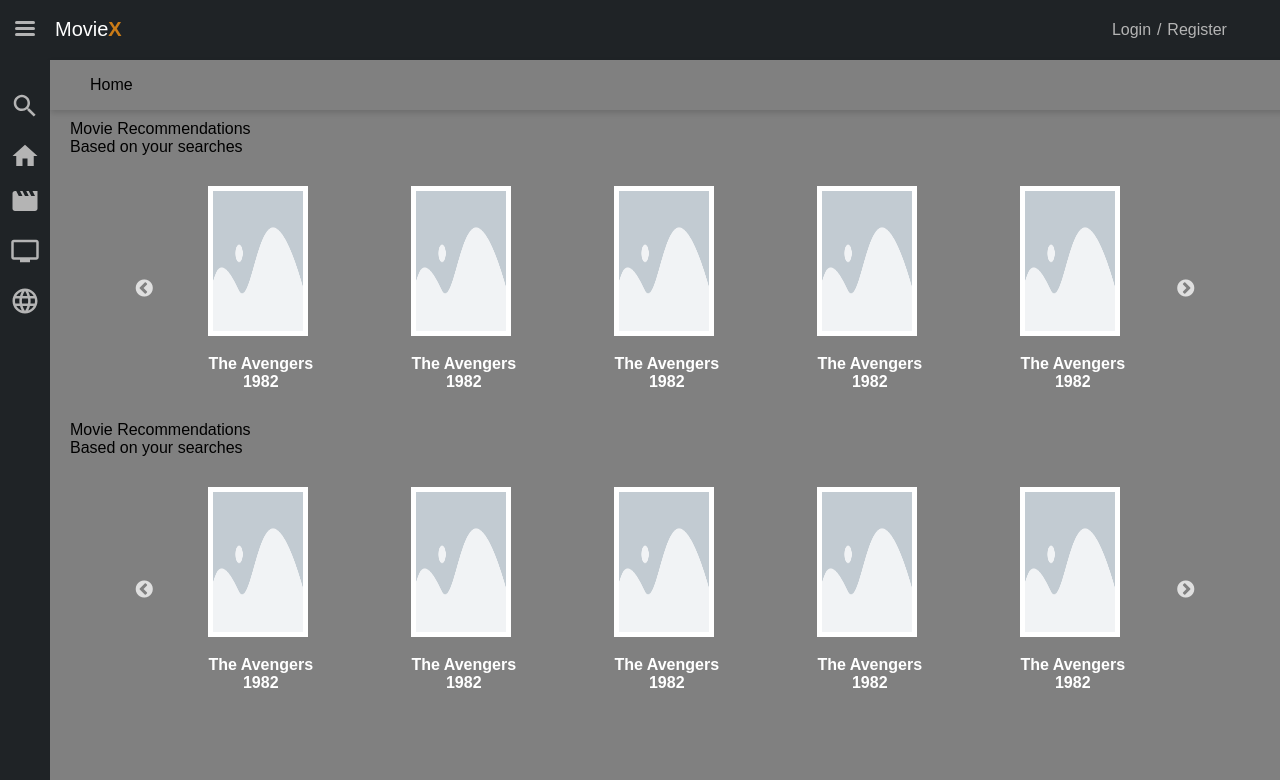
Repository: Amad-Mlinka/MovieTVBrowserNext
Page: /
An editor plug-in stored every save of this project. The page is shown before and after the next save, followed by the edit.
The browser window is 1280 px wide. The pictures show the whole page.
The project was rebuilt for these pictures with package versions that can differ from the ones it lists, and the page was loaded fresh each time. The framework's server and built-in components were replaced by stand-ins that run in the browser. Also part of the build but not shown: next.config.js.

Above is the page before, as saved 2021-08-07 20:44:35.

### pages/_app.js
import Layout from '../components/layout/Layout'
import '../styles/globals.scss'


function MyApp({ Component, pageProps }) {
  return (
    <Layout>
      <Component {...pageProps} />
    </Layout>


  )
}

export default MyApp

### components/layout/Layout.tsx
import React, { useState } from 'react'
import Nav from '../nav/Nav'
import layoutStyles from "../../styles/Layout.module.scss"

const Layout = ({children}) => {
    const [sidebarOpen, setsidebarOpen] = useState(false)
    const [sidebarLock, setSidebarLock] = useState(false);
    const sidebarToggle = () => {
        setsidebarOpen(!sidebarOpen);
    }
    const sidebarLockToggle = () => {
        setSidebarLock(!sidebarLock);
    }
    return (
        <>
        <Nav sidebarOpen={sidebarOpen} setSidebarOpen={sidebarToggle} sidebarLock={sidebarLock} setSidebarLock={sidebarLockToggle}/>
        <main className={`${layoutStyles.main} ${sidebarOpen ? layoutStyles.hamburgerOpen : layoutStyles.hamburgerClose}`}>
            {children}
        </main>
        </>

    )
}

export default Layout

### styles/globals.scss
html, body {
  height: 100%;
}
body {
  background: #fff;
  padding: 0;
  margin: 0;
  font-family: 'Varela Round', sans-serif;
}

a {
  color: inherit;
  text-decoration: none;
}

* {
  box-sizing: border-box;
}

### styles/Home.module.scss
@import "general.scss";

.header {
  position: relative;
  display: flex;
  flex-direction: row;
  justify-content: flex-start;
}
.heading {
  position: fixed;
  width: 100%;
  align-items: center;
  box-shadow: 0 3px 6px 0 rgb(0 0 0 / 15%);
  color: black;
  display: flex;
  flex-shrink: 0;
  font-size: 16px;
  height: 50px;
  justify-content: space-between;
  padding-left: 40px;
  padding-right: 25px;
  z-index: 1;
}
.buffer {
  height: 50px;
  width: 100%;
  margin-bottom: 10px;
}
.content {
  width: 100%;
  margin: auto;
  padding: 0px 20px 0px 20px ;

}
.mediaList {
  margin: 30px auto;
  width: 85%;
}
.media{
  margin:auto;
  background: #8C8;
  counter-increment: gallery-cell;
  &:before {
    display: block;
    text-align: center;
    content: counter(gallery-cell);
    line-height: 200px;
    font-size: 80px;
    color: white;
  }
}

### components/mediaList/MediaList.tsx
import Head from 'next/head'

import homeStyles from '../../styles/Home.module.scss'
import Media from "./Media"

import "slick-carousel/slick/slick.css";
import "slick-carousel/slick/slick-theme.css";

import Slider from "react-slick";




const MediaList = () => {
    var settings = {
        dots: false,
        infinite: true,
        speed: 500,
        slidesToShow: 5,
        slidesToScroll: 1,
        responsive: [
            {
                breakpoint: 1024,
                settings: {
                    slidesToShow: 3,
                    slidesToScroll: 3,
                    infinite: true,
                    dots: true
                }
            },
            {
                breakpoint: 600,
                settings: {
                    slidesToShow: 2,
                    slidesToScroll: 2
                }
            },
            {
                breakpoint: 480,
                settings: {
                    slidesToShow: 1,
                    slidesToScroll: 1
                }
            }
            // You can unslick at a given breakpoint now by adding:
            // settings: "unslick"
            // instead of a settings object
        ]
    };
    return (
        <>
            <div className={homeStyles.mediaList}>
                <Slider {...settings}>
                    <Media className={homeStyles.mediaItem} rating={3} title={"The Avengers"} year={"1982"} />
                    <Media className={homeStyles.mediaItem} rating={3} title={"The Avengers"} year={"1982"} />
                    <Media className={homeStyles.mediaItem} rating={3} title={"The Avengers"} year={"1982"} />
                    <Media className={homeStyles.mediaItem} rating={3} title={"The Avengers"} year={"1982"} />
                    <Media className={homeStyles.mediaItem} rating={3} title={"The Avengers"} year={"1982"} />
                    <Media className={homeStyles.mediaItem} rating={3} title={"The Avengers"} year={"1982"} />
                    <Media className={homeStyles.mediaItem} rating={3} title={"The Avengers"} year={"1982"} />
                    <Media className={homeStyles.mediaItem} rating={3} title={"The Avengers"} year={"1982"} />
                    <Media className={homeStyles.mediaItem} rating={3} title={"The Avengers"} year={"1982"} />
                    <Media className={homeStyles.mediaItem} rating={3} title={"The Avengers"} year={"1982"} />
                    <Media className={homeStyles.mediaItem} rating={3} title={"The Avengers"} year={"1982"} />
                    <Media className={homeStyles.mediaItem} rating={3} title={"The Avengers"} year={"1982"} />
                    <Media className={homeStyles.mediaItem} rating={3} title={"The Avengers"} year={"1982"} />
                    <Media className={homeStyles.mediaItem} rating={3} title={"The Avengers"} year={"1982"} />
                </Slider>

            </div>
        </>

    )
}

export default MediaList

### components/nav/Nav.tsx
import React from 'react'
import Sidebar from '../sidebar/Sidebar'
import Navbar from '../navbar/Navbar';


const Nav = (props) => {

    return (
        <>
            <Navbar  sidebarOpen={props.sidebarOpen} setSidebarOpen={props.setSidebarOpen} sidebarLock={props.sidebarLock} setSidebarLock={props.setSidebarLock}/>
            <Sidebar sidebarOpen={props.sidebarOpen} setSidebarOpen={props.setSidebarOpen} sidebarLock={props.sidebarLock}/>
        </>
    )
}

export default Nav

### styles/Layout.module.scss
@import "general.scss";

.main{
    position: absolute;
    top: 60px;
    transition: all .5s ease;
    width: 100%;
    height: 100%;
    background: gray;
    overflow: auto;

}

.hamburgerClose{
    padding-left: 50px;
    transition: all .5s ease;
}

.hamburgerOpen{
    padding-left: 250px;
}

### styles/general.scss
@import "variables.scss";
.dNone{
    display: none !important;
}
.dBlock{
    display: block !important;
}

### styles/variables.scss
$base-color:#1f2326;
$secondary-color:#cb7c17;
$tertiary-color:#b4b4b4;

@mixin breakpoint($point) {
    @if $point == min-desktop {
      @media (min-width: 993px) { @content ; }
   }
    @else if $point == min-laptop {
      @media (min-width: 769px) { @content ; }
   }
     @else if $point == min-tablet {
      @media (min-width: 361px) { @content ; }
   }
   @else if $point == min-mobile {
      @media (min-width: 0px)  { @content ; }

   }@else if $point == max-desktop {
      @media (max-width: 1200px) { @content ; }

   }@else if $point == max-laptop {
      @media (max-width: 992px) { @content ; }
   }
     @else if $point == max-tablet {
      @media (max-width: 768px) { @content ; }
   }
   @else if $point == max-mobile {
      @media (max-width: 360px)  { @content ; }

   }
 }

### components/mediaList/Media.tsx
import React from 'react'

import mediaStyles from "../../styles/Media.module.scss"
import placeholder from "../../public/placeholder.png"
import { Button, Rating } from '@material-ui/core'
import Image from 'next/image'

const Media = (props) => {
    return (
        <>
            <div className={mediaStyles.media}>
              <div className={mediaStyles.mediaContainer}>
                <div className={mediaStyles.mediaImageContainer}>
                  <Image className={mediaStyles.mediaImage} src={props.image || placeholder} height="150" width="100" />
                </div>
                <div className={mediaStyles.mediaOverlay}>
                  <div className={mediaStyles.mediaRating}>
                    <Rating value={props.rating}></Rating>
                    <span className={`${mediaStyles.mediaRatingText} ${mediaStyles.mediaOverlayItem}`}> {props.rating}/5</span>
                  </div>
                  <div className={`${mediaStyles.mediaGenre} ${mediaStyles.mediaOverlayItem}`}>
                    <span className={`${mediaStyles.mediaGenreText}`}> Drama</span>
                  </div>
                  <div className={`${mediaStyles.mediaDetails} ${mediaStyles.mediaOverlayItem}`}>
                    <Button variant="contained" color="success">
                      Details
                    </Button>
                  </div>
                </div>
              </div>
              <div className={mediaStyles.mediaInfo}>
                <div className={mediaStyles.mediaTitle}>
                  <span className={mediaStyles.mediaTitleText}> {props.title}</span>
                </div>
                <div className={mediaStyles.mediaYear}>
                  <span className={mediaStyles.mediaYearText}> {props.year}</span>
                </div>
              </div>
            </div>
        </>
    )
}

export default Media

### components/sidebar/Sidebar.tsx
/*Imports */
import React, { useState } from 'react'

/*Material components*/
import SidebarLink from "./SidebarLink"


/*Icons*/
import HomeIcon from '@material-ui/icons/Home';
import SearchIcon from '@material-ui/icons/Search';
import MovieIcon from '@material-ui/icons/Movie';
import TvIcon from '@material-ui/icons/Tv';
import LanguageIcon from '@material-ui/icons/Language';
import KeyboardArrowDownIcon from '@material-ui/icons/KeyboardArrowDown';

/*Import Plugins*/
import $ from "jquery"


/*Styles*/
import sidebarStyles from "../../styles/Sidebar.module.scss"


const Sidebar = (props) => {
    const tvDropdown = {
        History: "link",
        Recomendations: "link",
        Bla: "bla"
    }
    const movieDropdown = {
        History: "link",
        Recomendations: "link",
        Bla: "bla"

    }
    const languageDropdown = {
        English: "hi",
        Bosnian: "zdravo"
    }
    return (
        <div className={`${sidebarStyles.sidebar} ${props.sidebarOpen ? sidebarStyles.sidebarActive : ""}`}
        onMouseEnter={()=>{
            if(!props.sidebarOpen && props.sidebarLock){
                props.setSidebarOpen(!props.sidebarOpen);
            }
        }}
        onMouseLeave={() => {
            if(props.sidebarOpen && props.sidebarLock){
                props.setSidebarOpen(!props.sidebarOpen);
            }
        }}
        >

            <div className={sidebarStyles.sidebarMenu}>
                <ul className={`${sidebarStyles.sidebarList}`}>
                    <SidebarLink type="search" sidebarOpen={props.sidebarOpen} />

                    <SidebarLink type="singleLink" text="Home" icon={<HomeIcon/>} sidebarOpen={props.sidebarOpen}  />

                    <SidebarLink type="dropdown" text="Movies" icon={<MovieIcon/>} sidebarOpen={props.sidebarOpen} dropdownLinks ={movieDropdown}/>

                    <SidebarLink type="dropdown" text="TV Shows" icon={<TvIcon/>} sidebarOpen={props.sidebarOpen} dropdownLinks ={tvDropdown}/>

                    <SidebarLink type="dropdown" text="Languages" icon={<LanguageIcon/>} sidebarOpen={props.sidebarOpen} dropdownLinks ={languageDropdown}/>

                </ul>
            </div>

        </div>
    )
}

export default Sidebar

### components/navbar/Navbar.tsx
/*Imports */
import React from 'react'

/*Material components*/
import Avatar from '@material-ui/core/Avatar';

/*Icons*/

/*Import Plugins*/


/*Styles*/
import navStyles from "../../styles/Navbar.module.scss"

const Navbar = (props) => {
    return (
        <header className={navStyles.header}>
        <div className={navStyles.left}>
            <div className={navStyles.hamburgerLogo}>
                <div className={navStyles.hamburger} onClick={()=>{
                        props.setSidebarOpen(!props.sidebarOpen);
                        props.setSidebarLock(!props.sidebarLock);

                    }}>
                    <div className={`${navStyles.spinner} ${navStyles.diagonal} ${props.sidebarOpen ? navStyles.part1Active : ""}`}></div>
                    <div className={`${navStyles.spinner} ${navStyles.horizontal} ${props.sidebarOpen ? navStyles.horizontalActive : ""}`}></div>
                    <div className={`${navStyles.spinner} ${navStyles.diagonal} ${props.sidebarOpen ? navStyles.part2Active : ""}`}></div>
                </div>
                <div data-end="X" className={navStyles.logo}>
                    <span>Movie</span>
                </div>
            </div>


        </div>
        <div className={navStyles.right}>
            <div className={navStyles.profile}>
                <div className={`${navStyles.loggedIn} ${navStyles.dNone} `}>

                    <Avatar className={navStyles.avatar} alt="Amad Mlinaric"> AM </Avatar>
                </div>
                <div className={`${navStyles.notLoggedIn} `}>
                    <div className={navStyles.loginRegister}>
                        <div className={navStyles.login}>
                            <span>Login</span>
                        </div>
                        <span>/</span>
                        <div className={navStyles.register}>
                            <span>Register</span>
                        </div>
                    </div>
                </div>
            </div>
        </div>

    </header>
    )
}

export default Navbar

### styles/Media.module.scss
@import "general.scss";

.media {
    width: fit-content;
    height: fit-content;
    margin: auto;

  }

  .mediaContainer {
    position: relative;
    overflow: hidden;
    &:hover {
        cursor: pointer;
      .mediaOverlay {
        animation: fadeInUp .5s ease-in-out;
        animation-fill-mode: forwards;
      }
    }
  }
  .mediaImage{
    border: 5px solid white !important;

  }

  .mediaOverlay {
    position: absolute;
    opacity: 0;
    top: 0px;
    width: 100%;
    height: 100%;
    display: flex;
    flex-direction: column;
    justify-content: center;
    align-items: center;
  }
  .mediaOverlayItem {
    margin: 10px 0px;
  }
  .mediaRating {
    display: flex;
    flex-direction: column;
    justify-content: center;
    align-items: center;
  }
  .mediaImageContainer{
    max-height: 210px;
    margin-bottom: 15px;
  }

  .mediaInfo{
    color: white;
    display: flex;
    flex-direction: column;
    align-items: center;
    font-weight: 700;
  }

  @keyframes fadeInUp {
    from {
        transform: translate3d(0, 40px, 0);
        opacity: 0;
    }

    to {
        transform: translate3d(0, 0, 0);
        opacity: 1;
    }
  }

### components/sidebar/SidebarLink.tsx
/*Imports */
import React, { useEffect, useState } from 'react'

/*Material components*/


/*Icons*/
import HomeIcon from '@material-ui/icons/Home';
import SearchIcon from '@material-ui/icons/Search';
import MovieIcon from '@material-ui/icons/Movie';
import TvIcon from '@material-ui/icons/Tv';
import LanguageIcon from '@material-ui/icons/Language';
import KeyboardArrowDownIcon from '@material-ui/icons/KeyboardArrowDown';

/*Import Plugins*/
import $ from "jquery"


/*Styles*/
import sidebarStyles from "../../styles/Sidebar.module.scss"



const SidebarLink = (props) => {
    const types = ["search", "singleLink", "dropdown"]
    const [open, setOpen] = useState(false);
    useEffect(() => {
        setOpen(false);
    }, [props.sidebarOpen])
    return (
        <>
            {
                props.type === types[0] ?
                    <li className={`${sidebarStyles.sidebarLink} ${sidebarStyles.sidebarSearch} ${props.sidebarOpen ? sidebarStyles.sidebarSearchActive : ""}`}>
                        <div className={` ${sidebarStyles.searchContainer}`} >
                            <SearchIcon className={sidebarStyles.searchIcon} />
                            <input type="search" name="searchBar" className={`${sidebarStyles.searchBar} ${!props.sidebarOpen ? sidebarStyles.searchBarClosed : ""}`} ></input>
                        </div>
                    </li>
                    :
                    props.type === types[1] ?
                        <li className={sidebarStyles.sidebarLink}>
                            <div className={sidebarStyles.sidebarLinkMain}>
                                {props.icon}
                                <span className={`${sidebarStyles.sidebarText}  ${props.sidebarOpen ? sidebarStyles.sidebarTextActive : ""}`}>{props.text}</span>
                            </div>
                        </li>
                        :
                        <li className={sidebarStyles.sidebarLink} onClick={() => {
                            setOpen(!open)
                        }
                        }>
                            <div className={sidebarStyles.sidebarLinkMain}>
                                {props.icon}
                                <span className={`${sidebarStyles.sidebarText}  ${props.sidebarOpen ? sidebarStyles.sidebarTextActive : ""}`}>{props.text}</span>
                                <KeyboardArrowDownIcon />
                            </div>
                            <div className={`${sidebarStyles.sidebarDropdown} ${open ? sidebarStyles.open : ""}`}>
                                <ul className={`${sidebarStyles.sidebarDropdownLinks}  `}>
                                    {
                                        Object.entries(props.dropdownLinks).map(([name, link]) => (
                                            <li className={sidebarStyles.sidebarDropdownLink} key={name}>{name}</li>
                                        ))

                                    }
                                </ul>
                            </div>
                        </li>
            }
        </>


    )
}

export default SidebarLink

### styles/Sidebar.module.scss
@import "general.scss";
.sidebar {
    position: fixed;
    top: 60px;
    width: 50px;
    height: 100%;
    transition: width 0.5s;
    background: $base-color;
    display: flex;
    flex-direction: column;
    overflow: hidden;
    z-index: 2;
    //visibility: hidden;
}
.sidebarActive {
    width: 100%;
}

.sidebarList {
    list-style-type: none;
    padding: 0;
    width: 100%;

    .sidebarLink {
        height: fit-content;
        min-height: 50px;
        display: flex;
        flex-direction: column;
        position: relative;
        justify-content: center;
        padding-top: 10px;
        width: 200px;
        &:hover {
            cursor: pointer;
            background: rgba($color: $tertiary-color, $alpha: 0.1);
        }
    }
    .sidebarLinkMain {
        display: flex;
        align-items: center;

    }
    .sidebarText {
        margin-left: 20px;
        color: $tertiary-color;
        width: 100px;
        max-height: 19px;
        min-width: 79px;
        font-weight: bold;
    }
    svg {
        color: $tertiary-color;
        font-size: 30px;
        margin-left: 10px;
    }
    .dropdownIcon {
        font-size: 40px !important;
        &:hover {
            border-radius: 50%;
            border: 0px solid $tertiary-color;
            background: rgba($color: $tertiary-color, $alpha: 0.1);
        }
    }
    .sidebarDropdown {
        position: relative;
        margin-left: 10px;
        max-height: 0;
        transition: max-height 0.35s ease-out;
        overflow: hidden;
        margin-top: 10px;
        .sidebarDropdownLinks {
            list-style: none;
            .sidebarDropdownLink {
                color: $tertiary-color;
                height: 30px;
                font-size: 15px;
            }
        }
    }
    .open {
        max-height: 500px;
        transition: max-height 0.35s ease-in;
    }
}
.sidebarSearch {
    margin-left: 0;
    transition: all 0.5s;
}
.sidebarSearchActive {
    margin-left: 10px;
    width: 100% !important;
    display: flex;
    justify-content: center;
    align-items: center;
    &:hover {
        cursor: pointer;
        background: rgba($color:transparent, $alpha: 0.1) !important;
    }
}
.search {
    background: $base-color;
    width: 100%;
    display: flex;
    flex-direction: column;
    justify-content: center;
    align-items: center;
    visibility: hidden;
}
.searchActive {
    visibility: visible !important;
}
.searchContainer {
    width: 80%;
    display: flex;
    align-items: center;
}
.searchIcon {
    position: absolute;
    color: #b4b4b4;
    opacity: 100 !important;
}

.searchBar {
    width: 100%;
    background: #303437;
    border: 0;
    height: 40px;
    border-radius: 5px;
    padding-left: 45px;
    caret-color: black;
    transition: all 0.3s ease-in-out;
    visibility: visible;
    opacity: 100;
    &:focus {
        background: white;
        outline: none;
    }

}
.searchBarClosed{
    visibility: hidden;
    opacity: 0;
}

@include breakpoint(min-tablet) {
    .sidebarSearchActive {
        margin-left: 10px;
        width: 100% !important;
        display: flex;
        justify-content: flex-start;
        align-items: flex-start;
        &:hover{
            background: transparent;
        }
    }
    .sidebarActive {
        width: 250px;
    }
}

### styles/Navbar.module.scss
@import "general.scss";
//***************************Header***************************//

.header {
    display: flex;
    flex-direction: row;
    justify-content: space-between;
    width: 100%;
    background: $base-color;
    height: 60px;
    position: fixed;
    z-index: 1;
}
.left {
    display: flex;
    flex-direction: row;
    width: 50%;
    justify-content: flex-start;
    align-items: center;
    height: 100%;
}
.hamburgerLogo {
    display: flex;
    flex-direction: row;
}
.hamburger {
    box-sizing: border-box;
    cursor: pointer;
    z-index: 99;
    height: 25px;
    width: 25px;
    margin: 0px 15px;
}
.spinner {
    box-sizing: border-box;
    position: absolute;
    height: 3px;
    width: 20px;
    background-color: #b4b4b4;
    border-radius: 5px;
    margin-top: 3px;
}
.horizontal {
    box-sizing: border-box;
    position: relative;
    transition: all ease-out 0.3s;
}
.horizontalActive{
    display: none;
}
.diagonal {
    box-sizing: border-box;
    position: relative;
    transition: all ease-out 0.3s;
}
.part1Active{
    transform: rotate(
        45deg
        );
        top: 4px;

}
.part2Active{
    transform: rotate(
        315deg
        );
    bottom: 2px;
}
.logo {
    &::after {
        content: "X";
        color: $secondary-color;
        font-weight: bolder;
        font-size: 20px;
    }
    span{
        display: none;
    }
    font-size: 20px;
    color: white;

}

.right{
    height: 100%;
    display: flex;
    flex-direction: row-reverse;
    align-items: center;
    width: 50%;
}
.expandButton{
    font-size: 40px;
    color: $tertiary-color;

}
.profile{
    display: flex;
    flex-direction: row;
    justify-content:flex-start;
   .loggedIn{
       display: flex;
   }
    .notLoggedIn{
        .loginRegister{
            display: flex;
            flex-direction: row;
            justify-content: space-between;
            color: #b4b4b4;
            width: 115px;
            margin-right: 10px;
        }

    }
}

@include breakpoint(min-tablet){


    .header {
        display: flex;
        flex-direction: row;
        justify-content: space-between;
        width: 100%;
        background: $base-color;
        height: 60px;
    }
    .left {
        display: flex;
        flex-direction: row;
        width: 50%;
        justify-content: flex-start;
        align-items: center;
        height: 100%;
    }
    .logo {
        font-size: 20px;
        color: white;
        span{
            display: inline;
        }
        &::after {
            content: attr(data-end);
            color: $secondary-color;
            font-weight: bolder;
        }
    }
    .search {
        position: relative;
        margin-left: 10px;
        top: 0;
        left: 0;
    }

    .expandButton{
        display: none;
    }
    .right{
        height: 100%;
        display: flex;
        flex-direction: row-reverse;
        align-items: center;
        width: 50%;
    }
    .profile{
        display: flex;
        flex-direction: row;
        width: 33%;
        justify-content: center;
        .loggedIn{
            .avatar{
                margin-left: 45px;
            }
        }
        .notLoggedIn{
            .loginRegister{
                display: flex;
                flex-direction: row;
                justify-content: space-between;
                color: #b4b4b4;
                width: 115px;
            }

        }
    }


}

Loaded but not shown: pages/index.js (46 lines, source omitted)

After the next save:
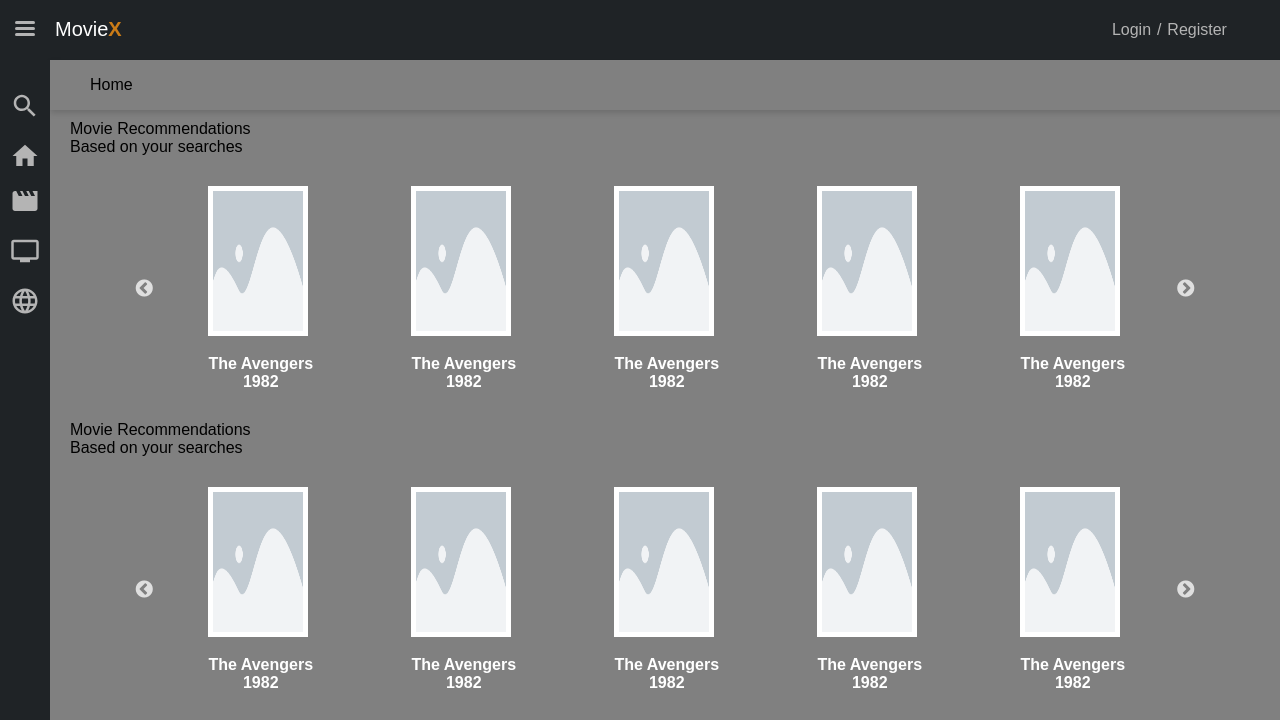
Saved 48 s later.
--- a/styles/Layout.module.scss
+++ b/styles/Layout.module.scss
@@ -2,7 +2,7 @@
 
 .main{
     position: absolute;
-    top: 60px;
+    padding-top: 60px;
     transition: all .5s ease;
     width: 100%;
     height: 100%;
